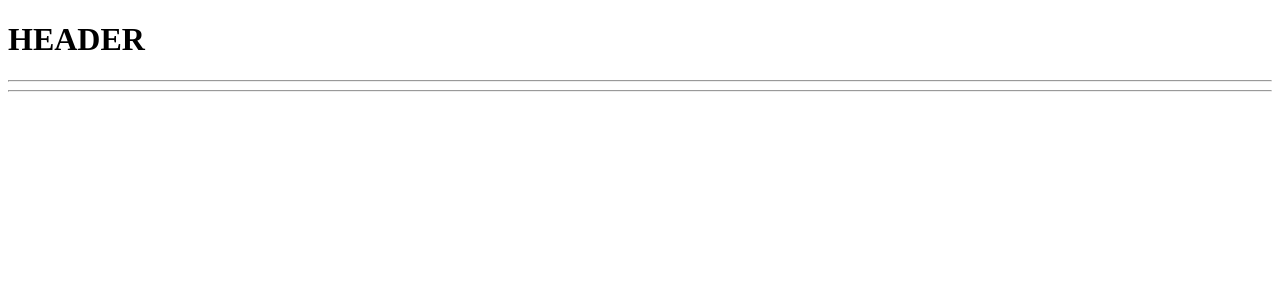
Repository: yoonanet/Web_Workspaces
Page: jQuery/src/main/webapp/03_DOM_Operation.html
An editor plug-in stored every save of this project. The page is shown before and after the next save, followed by the edit.
The browser window is 1280 px wide. The pictures show the whole page.

Above is the page before, as saved 2023-03-11 10:31:15.

After the next save:
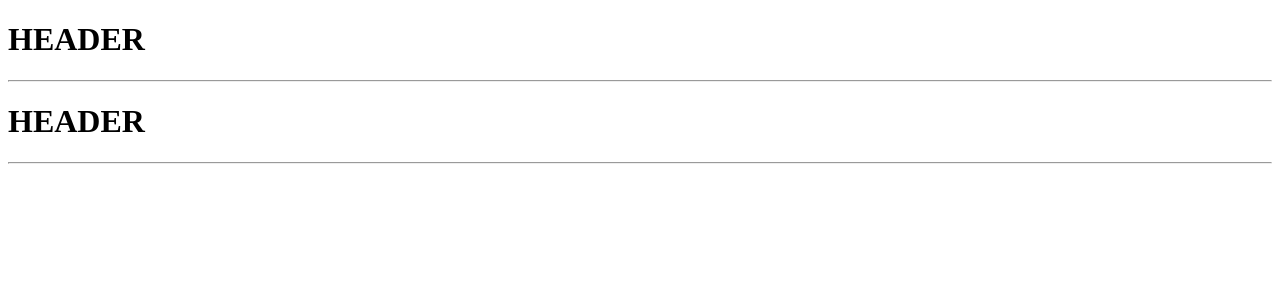
Saved 23 s later.
--- a/jQuery/src/main/webapp/03_DOM_Operation.html
+++ b/jQuery/src/main/webapp/03_DOM_Operation.html
@@ -370,7 +370,7 @@ $(function(){
 //  $(selector).clone(Boolean dataAndEvents)
 //  $(selector).clone(Boolean dataAndEvents, Boolean deepDataAndEvents)
 
-		//$('div').append($('h1').clone());
+		$('div').append($('h1').clone());
 		//jQuery에 clone()메서드를 통해서 h1의 복사본을 만들어서 div뒤에다가 자식의 관계로 추가를 해달라는 의미임.
 	});
 
